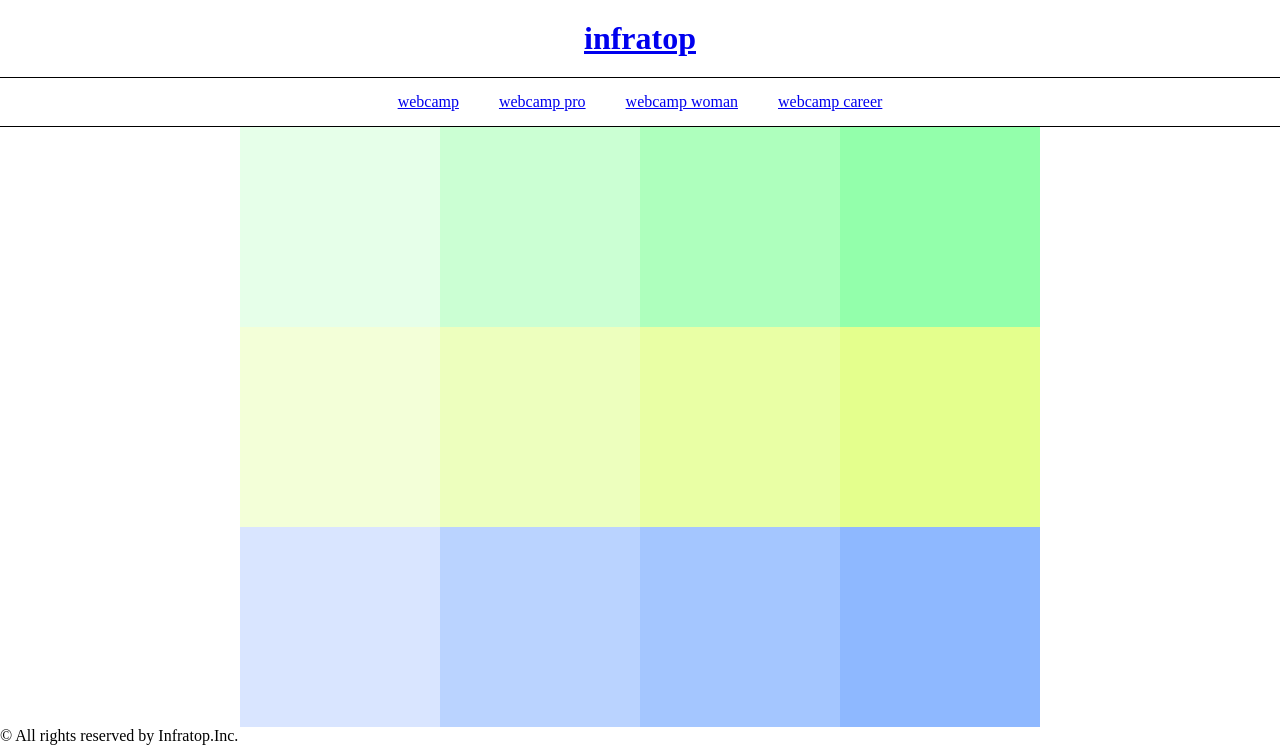
Repository: yuu2310/dmm-webcamp
Page: chapter5_exercise/index.html
The author's editor kept a record of every edit. The page is drawn from the files as they stood at one moment, then again after the next edit.
The browser window is 1280 px wide. The pictures show the whole page.

Above is the page before.

After the next edit:
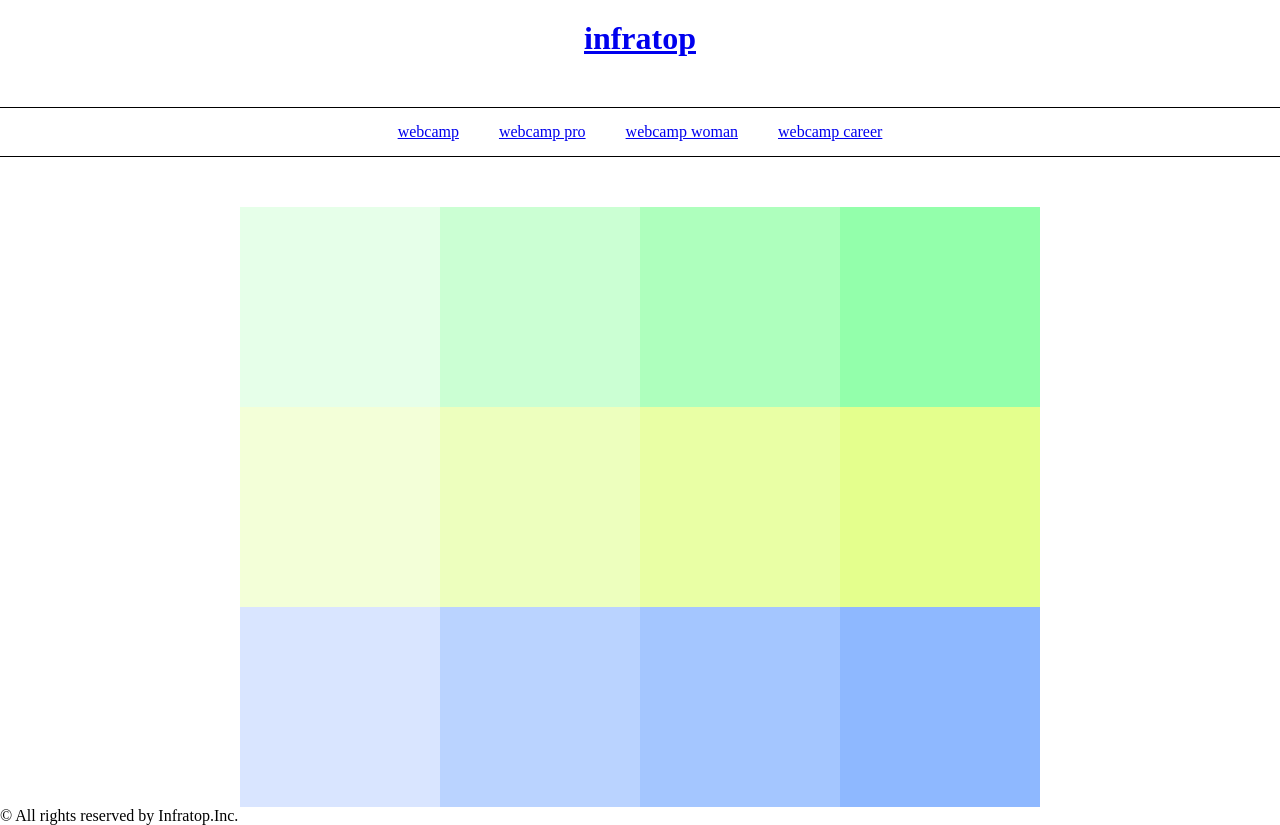
The edit:
--- a/chapter5_exercise/style.css
+++ b/chapter5_exercise/style.css
@@ -17,6 +17,7 @@
   padding: 15px 0;
   border-top: 1px solid #000000;
   border-bottom: 1px solid #000000;
+  margin: 50px 0;
 }
 
 .nav-list-item {
